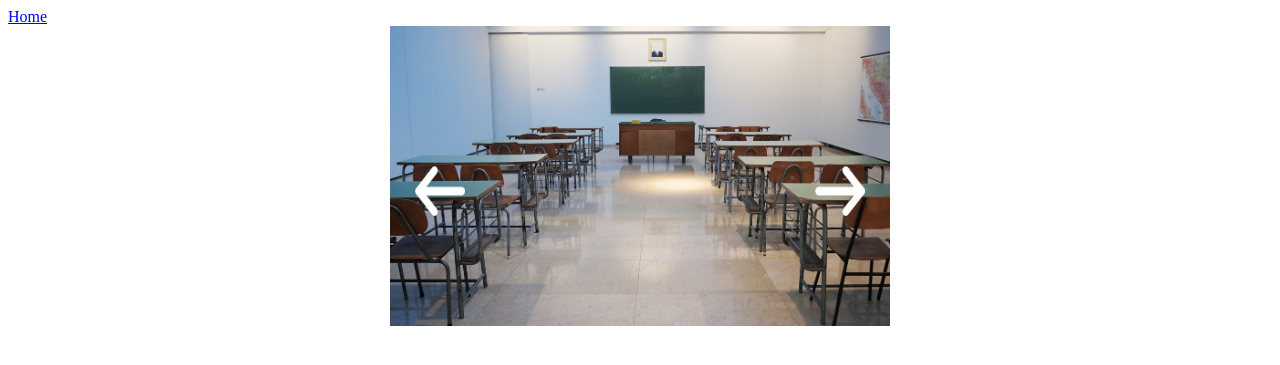
Repository: jjennbui/class8
Page: /carouselPage
An editor plug-in stored every save of this project. The page is shown before and after a run of saves, followed by the edit.
The browser window is 1280 px wide. The pictures show the whole page.
The project was rebuilt for these pictures with package versions that can differ from the ones it lists, and the page was loaded fresh each time. The framework's server and built-in components were replaced by stand-ins that run in the browser. Also part of the build but not shown: next.config.js.

Above is the page before, as saved 2023-02-20 18:31:12.

After the next 4 saves:
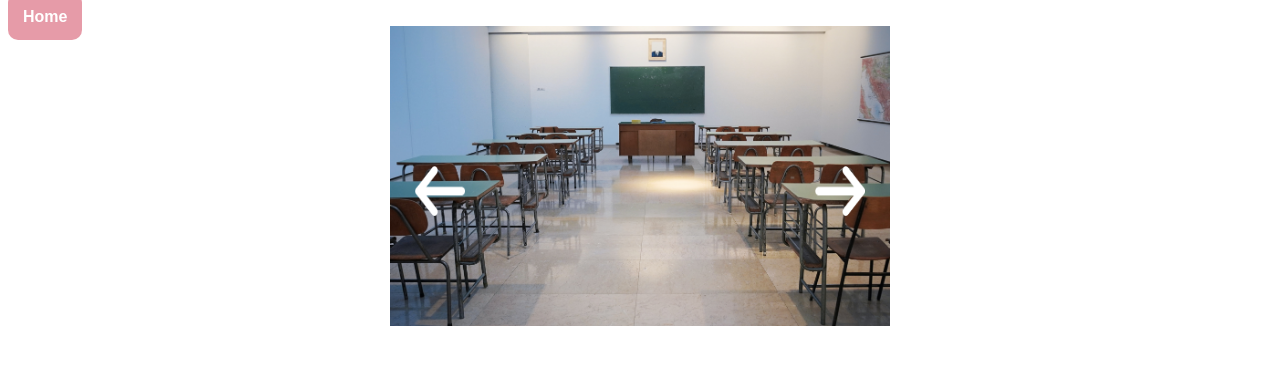
The 4 saves are shown as one change because they came seconds apart.
The last was saved 10 s later.
--- a/styles/carouselPage.module.css
+++ b/styles/carouselPage.module.css
@@ -1,5 +1,5 @@
 
-
+.main{
 color: white;
 text-decoration: none;
 font-family: Arial, Helvetica, sans-serif;
@@ -7,3 +7,4 @@ font-weight: bold;
 background-color: rgb(230, 155, 168);
 padding: 15px;
 border-radius: 10px;
+}
